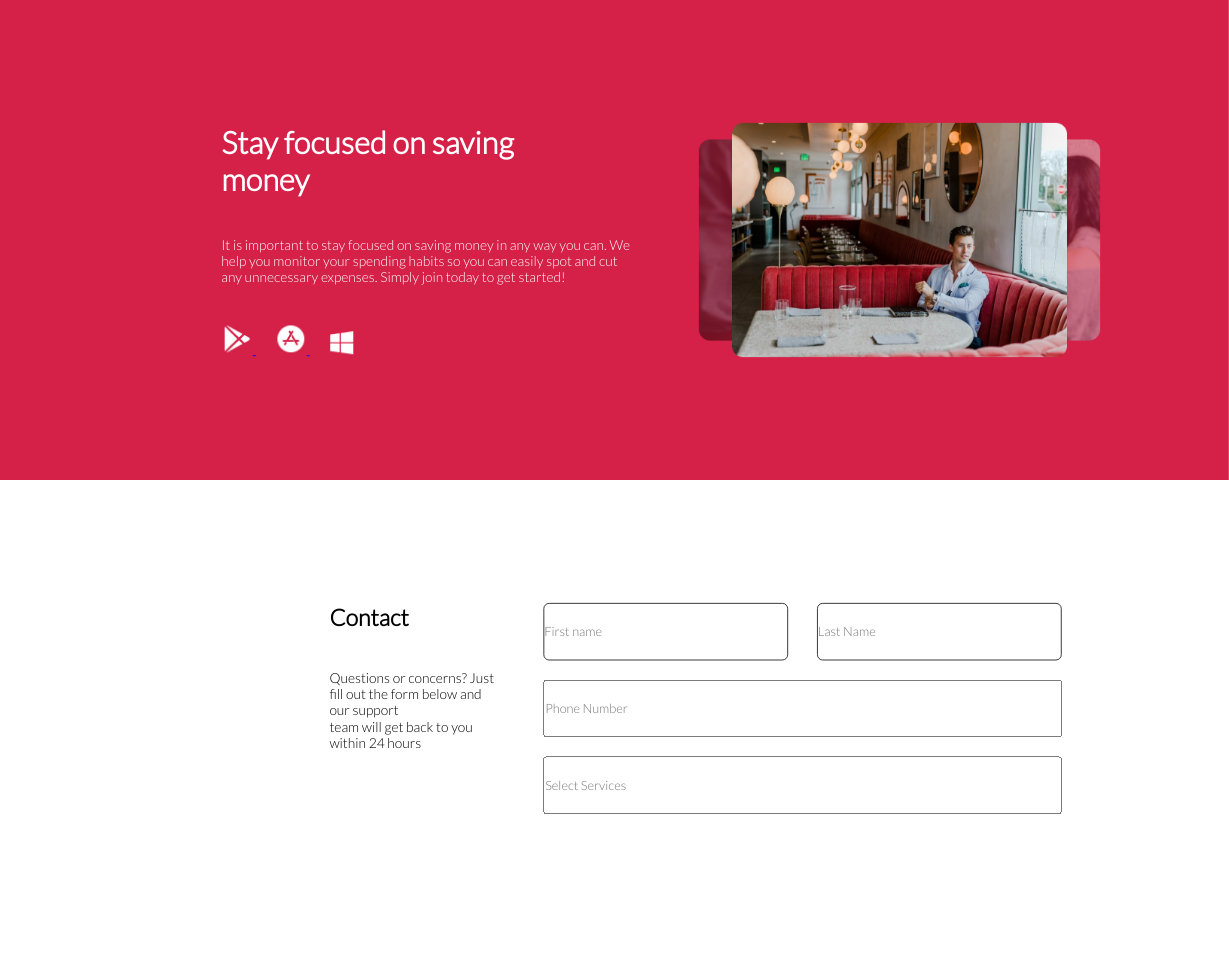
Repository: batonAnton/Cursor_lecture4
Page: index.html
These files come from the project's save history. The page is drawn as it stood at one moment and after the next save; the edit follows.
The browser window is 1280 px wide. The pictures show the whole page, at 96% of full size.

Above is the page before, as saved 2022-06-09 14:13:38.

After the next save:
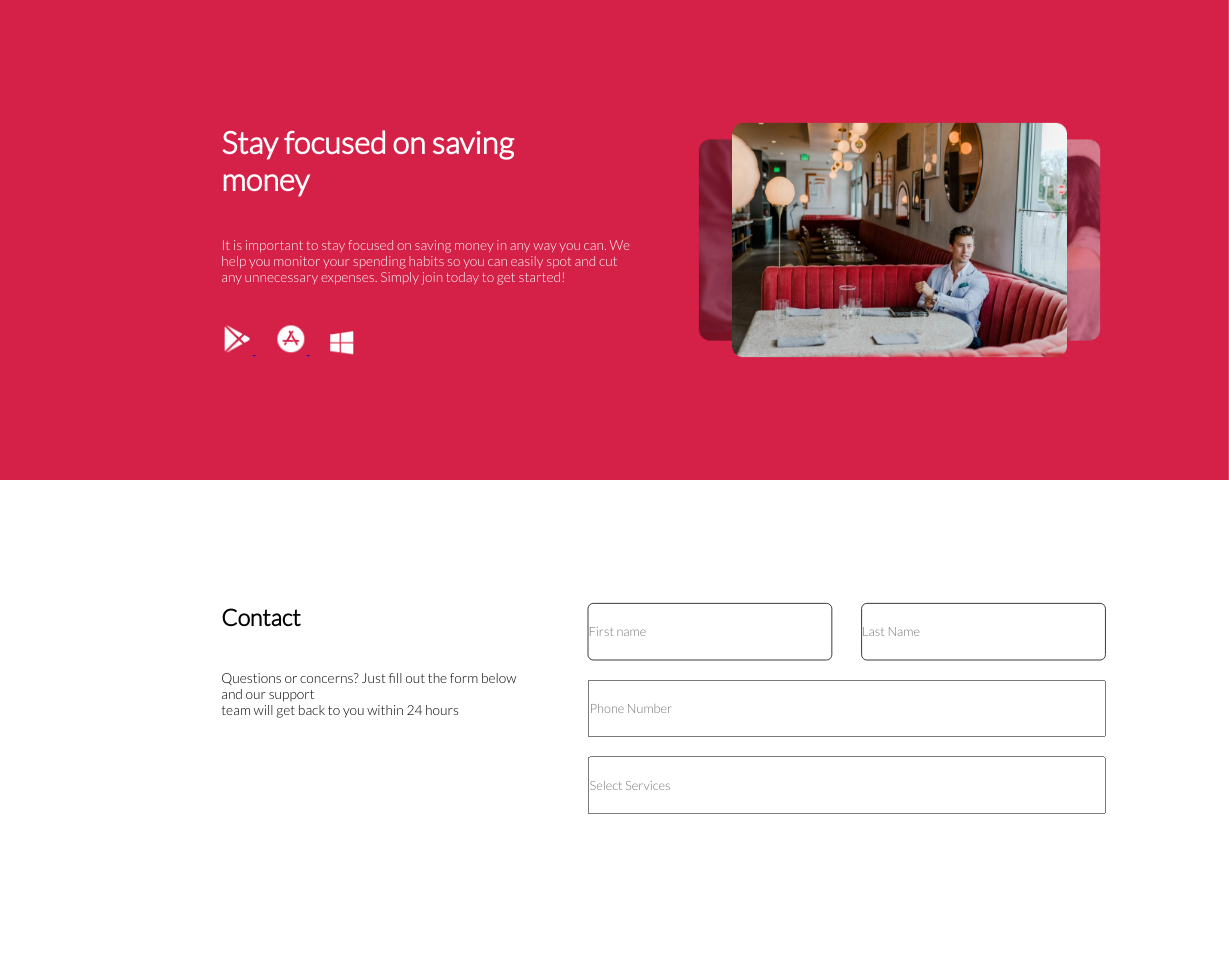
Saved 8 min 4 s later.
--- a/css/style.css
+++ b/css/style.css
@@ -33,7 +33,6 @@ header {
 .big_img {
   background-image: url("/image/Photo.png");
   width: 70%;
-  /* height: 311px; */
   background-repeat: no-repeat;
   background-position: center;
   background-size: contain;
@@ -44,15 +43,13 @@ section {
   color: #000000;
   display: inline-flex;
   padding: 10%;
+  width: 100%;
 }
 
 section .info-box {
-  margin-left: 22%;
   width: 80%;
 }
-form{
-  /* display: inline-flex; */
-}
+
 
 #fname, #lname{
     width: 255px;
@@ -78,3 +75,7 @@ form input{
   margin-bottom: 20px;
   /* margin: 0px 0px 30px 10px; */
 }
+
+input placeholder{
+  margin-left: 31px;
+}
